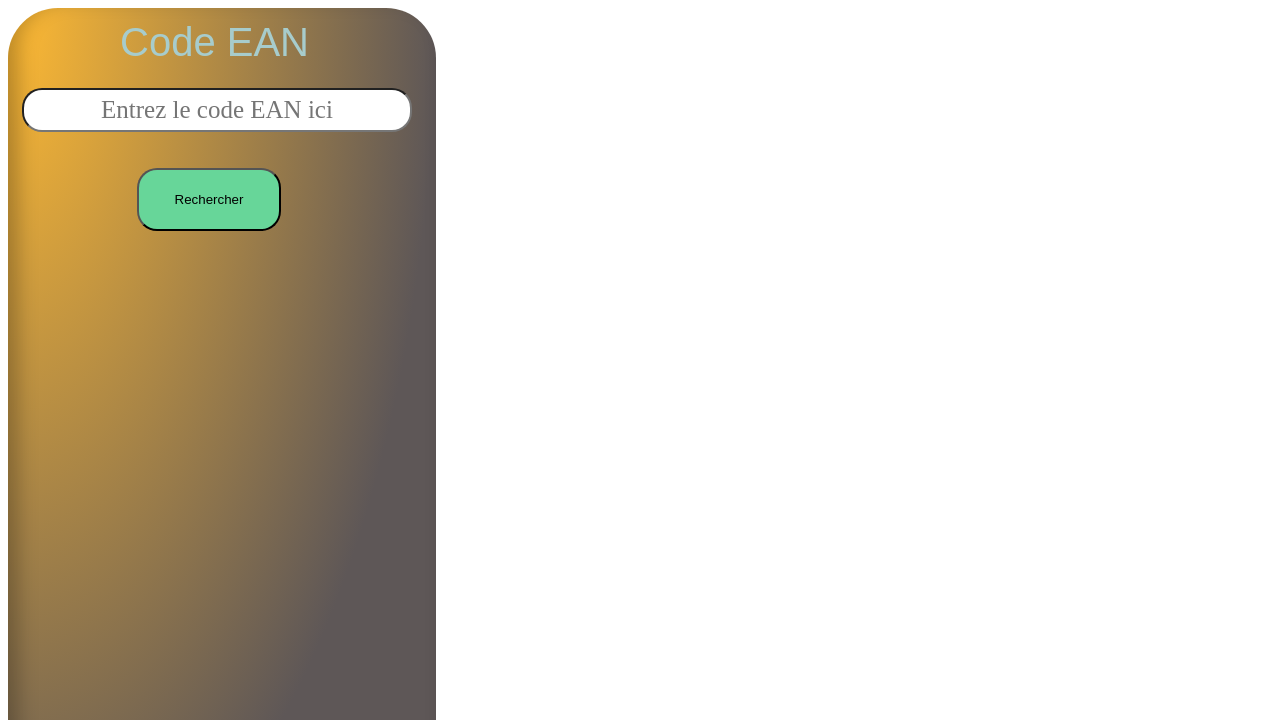
Repository: Zouz01/exo-toucan
Page: index.html
The author's editor kept a copy of each file at every save. The page is drawn from the files as they stood at one save, then again after the next save.
The browser window is 1280 px wide. The pictures show the whole page.

Above is the page before, as saved 2023-09-21 11:53:45.

After the next save:
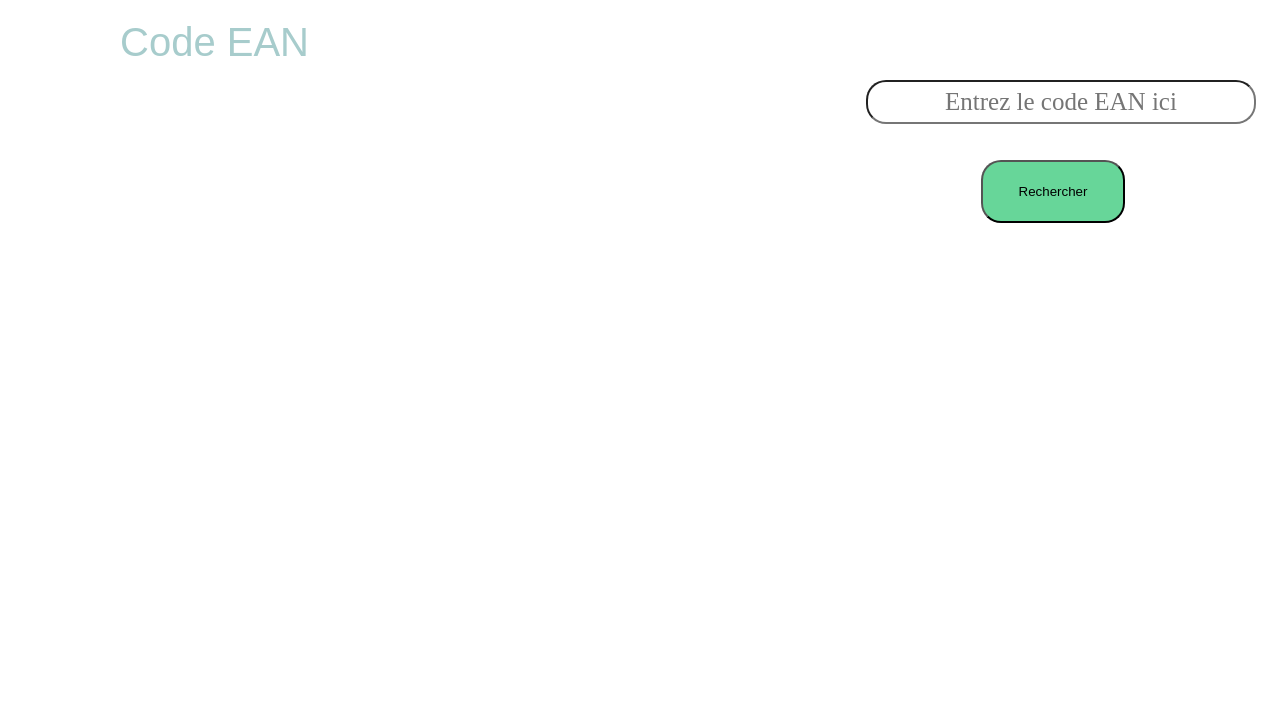
Saved 38 s later.
--- a/main.css
+++ b/main.css
@@ -4,18 +4,10 @@
 }
 
 .container {
-    width: 428px;
-    height: 926px;
-   position: fixed;
-    text-align: center;
-
-    background: radial-gradient(100% 100% at 0% 0%, #FFBA33 0%, #5e5757 100%);
-   /* background: radial-gradient(100% 100% at 0% 0%, #A6A6A6 0.46%, #000000 78.06%);
-    background: linear-gradient(167.94deg, #7AA77E 0%, #476F72 100%);*/
-
-    opacity: 1.8;
-    box-shadow: inset 10px -10px 20px rgba(0, 0, 0, 0.25);
-    border-radius: 50px;
+    /* Vos autres styles pour le conteneur */
+    overflow: auto; /* Ajout du débordement automatique si le contenu dépasse la hauteur du conteneur */
+    max-height: 80%; /* Définition d'une hauteur maximale pour le contenu */
+    padding: 20px; /* Ajout d'un espace interne pour le contenu */
 }
 
 /* position ecriture label*/

After the 3 saves that followed:
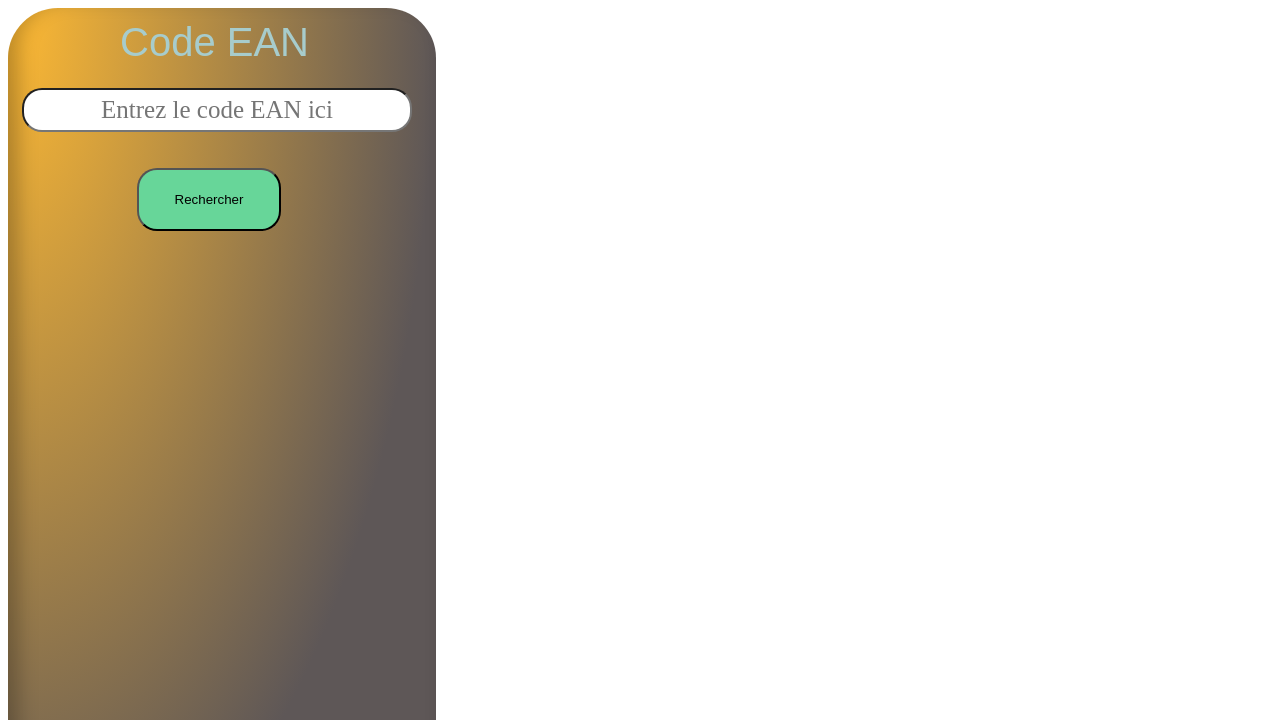
The 3 saves are shown as one change because 2 left the picture as it was.
The last was saved 44 s later.
--- a/main.css
+++ b/main.css
@@ -4,10 +4,18 @@
 }
 
 .container {
-    /* Vos autres styles pour le conteneur */
-    overflow: auto; /* Ajout du débordement automatique si le contenu dépasse la hauteur du conteneur */
-    max-height: 80%; /* Définition d'une hauteur maximale pour le contenu */
-    padding: 20px; /* Ajout d'un espace interne pour le contenu */
+    width: 428px;
+    height: 926px;
+   position: fixed;
+    text-align: center;
+
+    background: radial-gradient(100% 100% at 0% 0%, #FFBA33 0%, #5e5757 100%);
+   /* background: radial-gradient(100% 100% at 0% 0%, #A6A6A6 0.46%, #000000 78.06%);
+    background: linear-gradient(167.94deg, #7AA77E 0%, #476F72 100%);*/
+
+    opacity: 1.8;
+    box-shadow: inset 10px -10px 20px rgba(0, 0, 0, 0.25);
+    border-radius: 50px;
 }
 
 /* position ecriture label*/
